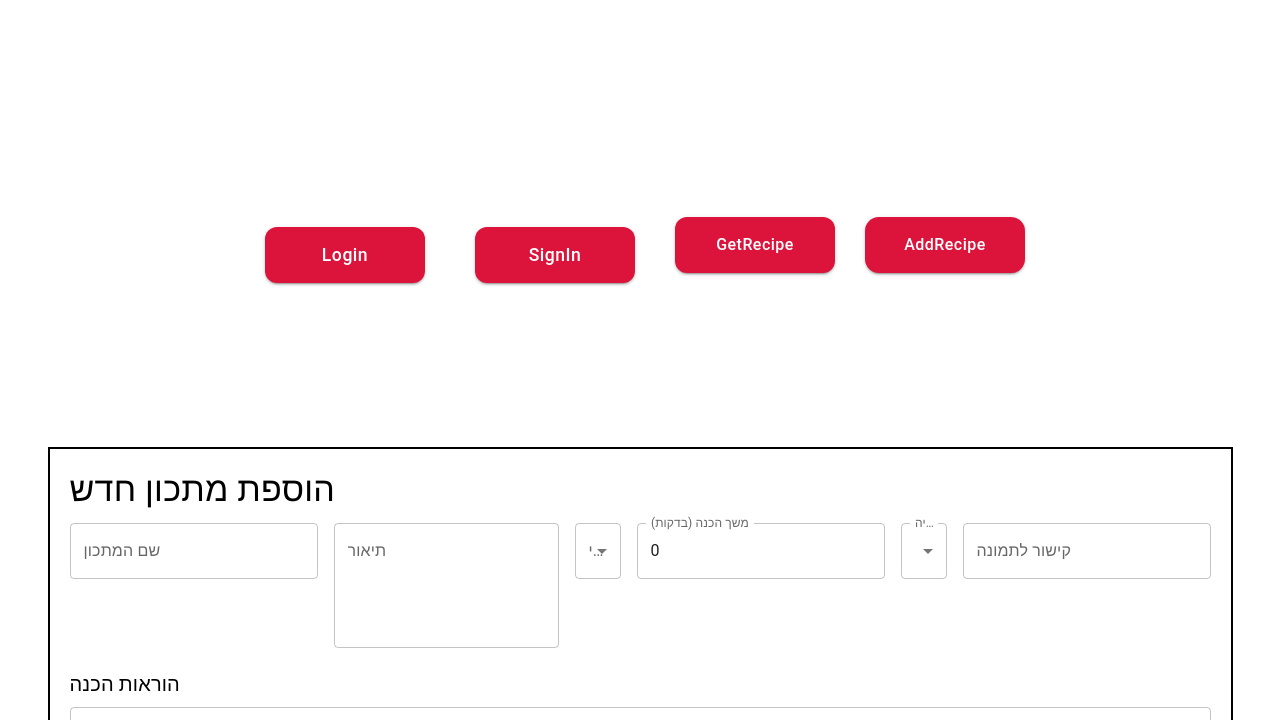
Repository: saraAber/Recipes_ReactProject
Page: /AddRecipe
An editor plug-in stored every save of this project. The page is shown before and after the next save, followed by the edit.
The browser window is 1280 px wide. The pictures show the whole page.
The project was rebuilt for these pictures with package versions that can differ from the ones it lists, and the page was loaded fresh each time. Also part of the build but not shown: vite.config.ts, src/components/Login.tsx, src/components/SignIn.tsx, src/components/userContext.tsx, src/components/GetRecipes.tsx, src/components/CategoriesContext.tsx, src/components/EditRecipe.tsx.

Above is the page before, as saved 2025-05-06 16:09:48.

### src/main.tsx
// import { BrowserRouter as Router, Routes, Route } from "react-router-dom";
// import HomePage from "./components/HomePage.tsx";
// import Recipes from './components/Recipes.tsx'
// import AddRecipe from './components/addRecipe.tsx';
// import EditRecipe from './components/editRecipe.tsx';
// import { AuthProvider } from "./contexts/AuthUserContext.tsx";
// import { Outlet } from 'react-router-dom';

// function App() {

//   return (
//     <>
//       <AuthProvider>
//         <Router>
//           <Routes>
//             <Route path="/" element={<Outlet />} />
//             <Route path='*' element={<HomePage />} />
//             <Route path='/recipes' element={<Recipes />} />
//             <Route path="/editRecipe" element={<EditRecipe recipeId={1} onRecipeUpdated={(updatedRecipe) => console.log(updatedRecipe)} />} />
//             <Route path='/addRecipe' element={<AddRecipe />} />

//           </Routes>
//           <Outlet />
//         </Router>
//       </AuthProvider>

//     </>
//   )
// }
// export default App


import { createRoot } from 'react-dom/client'
import App from "./App";
import { createBrowserRouter, RouterProvider } from 'react-router-dom'
import SignIn from './components/SignIn.tsx'
import Login from './components/Login.tsx'
import GetRecipes from './components/GetRecipes.tsx'
import AddRecipe from './components/AddRecipe'
import EditRecipe from './components/EditRecipe'

const routes = createBrowserRouter([

  {
    path: '*', // דף הבית הראשי

    element:
      <App />,

    children: [

      { path: 'Login', element: <Login /> },
      { path: 'SignIn', element: <SignIn /> },
      { path: 'GetRecipes', element: <GetRecipes /> },
      { path: 'AddRecipe', element: <AddRecipe /> },
      { path: 'edit-recipe/:id', element: <EditRecipe /> }

    ],
  },
]);
createRoot(document.getElementById('root')!).render(

  <RouterProvider router={routes} />,

);

### src/App.tsx
import { Outlet } from "react-router-dom";
import "./App.css";
import HomePage from "./components/HomePage";
import { AuthProvider } from "./contexts/AuthUserContext";

function App() {
  console.log("App Loaded!");

  return (
    <AuthProvider>
      <HomePage />
      <Outlet />
    </AuthProvider>
  );
}

export default App;

### src/components/addRecipe.tsx
import React, { useContext, useState } from 'react';
import axios from 'axios';
import { useForm, useFieldArray, Controller } from 'react-hook-form';
import {
  TextField,
  Button,
  Grid,
  Typography,
  FormControl,
  InputLabel,
  MenuItem,
  Select,
} from '@mui/material';
import { userContext } from './userContext';
import { CatContext } from './CategoriesContext';
import { Recipe, Ingridents, Instructions } from './Types';

type FormValues = {
  Name: string;
  Description: string;
  Difficulty: string;
  Duration: number;
  CategoryId: number;
  Img: string;
  Instructions: Instructions[];
  Ingridents: Ingridents[];
};

const AddRecipe: React.FC = () => {
  const { Myuser } = useContext(userContext);
  const { categories } = useContext(CatContext);
  const [loading, setLoading] = useState(false);

  const {
    register,
    handleSubmit,
    control,
    formState: { errors },
    reset,
  } = useForm<FormValues>({
    defaultValues: {
      Name: '',
      Description: '',
      Difficulty: '',
      Duration: 0,
      CategoryId: 0,
      Img: '',
      Instructions: [{ Name: '' }],
      Ingridents: [{ Name: '', Count: '', Type: '' }],
    },
  });

  const { fields: instructionFields, append: appendInstruction } = useFieldArray({
    control,
    name: 'Instructions',
  });

  const { fields: ingredientFields, append: appendIngredient } = useFieldArray({
    control,
    name: 'Ingridents',
  });

  const onSubmit = async (data: FormValues) => {
    if (!Myuser) {
      alert('לא ניתן להוסיף מתכון כי אתה לא מחובר 😓');
      return;
    }

    const recipeToSend: Recipe = {
      ...data,
      UserId: Myuser.Id,
      Id: 0,
    };

    setLoading(true);
    try {
      const res = await axios.post('http://localhost:8080/api/recipe', recipeToSend);
      alert('🥳 המתכון נוסף בהצלחה!');
      reset();
    } catch (error) {
      console.error('❌ Error adding recipe:', error);
      alert('הוספת המתכון נכשלה 😢');
    } finally {
      setLoading(false);
    }
  };

  return (
    <form onSubmit={handleSubmit(onSubmit)} style={{ marginTop: 4, border: '2px solid #000', padding: '20px' }}>
      <Typography variant="h4" gutterBottom>
        הוספת מתכון חדש
      </Typography>
      <Grid container spacing={2}>
        <Grid item xs={12} sm={6}>
          <TextField
            label="שם המתכון"
            fullWidth
            {...register('Name', { required: true })}
            error={!!errors.Name}
            helperText={errors.Name && 'שדה חובה'}
          />
        </Grid>

        <Grid item xs={12}>
          <TextField
            label="תיאור"
            multiline
            rows={4}
            fullWidth
            {...register('Description', { required: true })}
            error={!!errors.Description}
            helperText={errors.Description && 'שדה חובה'}
          />
        </Grid>

        <Grid item xs={12} sm={6}>
          <FormControl fullWidth required error={!!errors.Difficulty}>
            <InputLabel>רמת קושי</InputLabel>
            <Controller
              name="Difficulty"
              control={control}
              render={({ field }) => (
                <Select {...field} label="רמת קושי">
                  <MenuItem value="קל">קל</MenuItem>
                  <MenuItem value="בינוני">בינוני</MenuItem>
                  <MenuItem value="קשה">קשה</MenuItem>
                </Select>
              )}
            />
          </FormControl>
        </Grid>

        <Grid item xs={12} sm={6}>
          <TextField
            label="משך הכנה (בדקות)"
            type="number"
            fullWidth
            {...register('Duration', { required: true, min: 1 })}
            error={!!errors.Duration}
            helperText={errors.Duration && 'משך חייב להיות לפחות דקה אחת'}
          />
        </Grid>

        <Grid item xs={12} sm={6}>
          <FormControl fullWidth required error={!!errors.CategoryId}>
            <InputLabel>קטגוריה</InputLabel>
            <Controller
              name="CategoryId"
              control={control}
              render={({ field }) => (
                <Select {...field} label="קטגוריה">
                  {categories?.map((cat) => (
                    <MenuItem key={cat.Id} value={cat.Id}>
                      {cat.Name}
                    </MenuItem>
                  ))}
                </Select>
              )}
            />
          </FormControl>
        </Grid>

        <Grid item xs={12}>
          <TextField
            label="קישור לתמונה"
            fullWidth
            {...register('Img', { required: true })}
            error={!!errors.Img}
            helperText={errors.Img && 'שדה חובה'}
          />
        </Grid>
      </Grid>

      <Typography variant="h6" gutterBottom style={{ marginTop: 20 }}>
        הוראות הכנה
      </Typography>
      {instructionFields.map((item, index) => (
        <Grid item xs={12} key={item.id}>
          <TextField
            label={`שלב ${index + 1}`}
            fullWidth
            {...register(`Instructions.${index}.Name` as const, { required: true })}
          />
        </Grid>
      ))}
      <Button onClick={() => appendInstruction({ Name: '' })}>➕ הוספת שלב</Button>

      <Typography variant="h6" gutterBottom style={{ marginTop: 20 }}>
        מצרכים
      </Typography>
      {ingredientFields.map((item, index) => (
        <Grid container spacing={2} key={item.id}>
          <Grid item xs={12} sm={4}>
            <TextField
              label="שם"
              fullWidth
              {...register(`Ingridents.${index}.Name` as const, { required: true })}
            />
          </Grid>
          <Grid item xs={12} sm={4}>
            <TextField
              label="כמות"
              fullWidth
              {...register(`Ingridents.${index}.Count` as const, { required: true })}
            />
          </Grid>
          <Grid item xs={12} sm={4}>
            <TextField
              label="סוג"
              fullWidth
              {...register(`Ingridents.${index}.Type` as const, { required: true })}
            />
          </Grid>
        </Grid>
      ))}
      <Button onClick={() => appendIngredient({ Name: '', Count: '', Type: '' })}>
        ➕ הוספת מצרך
      </Button>

      <Button
        variant="contained"
        color="primary"
        type="submit"
        style={{ marginTop: 24 }}
        disabled={loading}
      >
        {loading ? 'שולח...' : 'שלח מתכון'}
      </Button>
    </form>
  );
};

export default AddRecipe;

### src/App.css
* {
  margin: 0;
  padding: 0;
  box-sizing: border-box;
}

html, body {
  height: 100%;
  width: 100%;
  overflow: hidden;
}

body {
  display: flex;
  justify-content: center;
  align-items: center;
  /* background-image: url('/קופצות.jpg'); */
  background-repeat: no-repeat;
  background-position: center;
  background-size: contain;
  /* background-color: black;  */
}




.home-container {
  text-align: center;
  padding: 2rem;
}

.button-group button {
  margin: 10px;
  padding: 10px 20px;
  font-size: 1.1rem;
}

.modal-overlay {
  position: fixed;
  top: 0; left: 0; right: 0; bottom: 0;
  background: rgba(0, 0, 0, 0.75);
  display: flex; align-items: center; justify-content: center;
  z-index: 1000;
}

.modal {
  background: #000;
  color: #DC143C;
  padding: 30px;
  border: 2px solid white;
  border-radius: 15px;
  width: 300px;
}

.modal input {
  width: 100%;
  margin-bottom: 10px;
  padding: 8px;
}

.modal-buttons {
  display: flex;
  justify-content: space-between;
  padding: 28px;
}

.error {
  color: red;
  font-size: 12px;
}

.password-wrapper {
  position: relative;
}

.password-wrapper input {
  width: 100%;
  padding-right: 40px;
  box-sizing: border-box;
}

.toggle-password {
  position: absolute;
  top: 50%;
  right: 10px;
  transform: translateY(-50%);
  background: transparent;
  border: none;
  cursor: pointer;
  font-size: 1.2rem;
}

.handleLogin{
 width: 15px;
}

h2{
  padding: 20px;
}

.handleSignup{
  width: 15px;
  height: 15px;
}

### src/components/HomePage.tsx
import { useState } from "react";
import { useNavigate } from "react-router-dom";
import { useAuth } from "../contexts/AuthUserContext";
import LoginModal from "./Login";
import SignupModal from "./SignIn";
import { Button } from '@mui/material';
import { Link } from 'react-router-dom';

function HomePage() {
  const [showLogin, setShowLogin] = useState(false);
  const [showSignup, setShowSignup] = useState(false);
  const navigate = useNavigate();
  const { user } = useAuth();

  return (
    <div
      className="home-container"
      style={{
        display: 'flex',
        justifyContent: 'center',
        alignItems: 'flex-end',
        height: '100vh',
        paddingBottom: '150px',
        // marginTop: '150px',
      }}
    >
      <div
        className="button-group"
        style={{
          display: 'flex',
          flexDirection: 'row',
          gap: '30px', // רווח בין כפתורים
        }}
      >
        {!user && (
          <>
            <Button
              onClick={() => setShowLogin(true)}
              variant="contained"
              sx={{
                bgcolor: '#DC143C',
                '&:hover': { bgcolor: '#B22222' },
                height: '56px',
                width: '160px',
                fontSize: '16px',
                borderRadius: '12px',
                textTransform: 'none',
              }}
            >
              Login
            </Button>
            <Button
              onClick={() => setShowSignup(true)}
              variant="contained"
              sx={{
                bgcolor: '#DC143C',
                '&:hover': { bgcolor: '#B22222' },
                height: '56px',
                width: '160px',
                fontSize: '16px',
                borderRadius: '12px',
                textTransform: 'none',
              }}
            >
              SignIn
            </Button>
          </>
        )}
        <Button
          component={Link}
          to={"/GetRecipes"}
          variant="contained"
          sx={{
            bgcolor: '#DC143C',
            '&:hover': { bgcolor: '#B22222' },
            height: '56px',
            width: '160px',
            fontSize: '16px',
            borderRadius: '12px',
            textTransform: 'none',
          }}
        >
          GetRecipe
        </Button>
        <Button
          component={Link}
          to={"/AddRecipe"}
          variant="contained"
          sx={{
            bgcolor: '#DC143C',
            '&:hover': { bgcolor: '#B22222' },
            height: '56px',
            width: '160px',
            fontSize: '16px',
            borderRadius: '14px',
            textTransform: 'none',
          }}
        >
          AddRecipe
        </Button>
      </div>
      {showLogin && <LoginModal onClose={() => setShowLogin(false)} />}
      {showSignup && <SignupModal onClose={() => setShowSignup(false)} />}
    </div>
  );
}

export default HomePage;

### src/contexts/AuthUserContext.tsx
import React, { ReactNode, createContext, useContext, useState } from "react";


// ממשק שמגדיר את סוגי הנתונים
export interface SignInFormInputs {
    username: string;
    email: string;
    password: string;
}

// טיפוס לקונטקסט
// טיפוס לקונטקסט
export interface AuthContextType {
    user: SignInFormInputs | null;
    isLoggedIn: boolean;
    saveUser: (user: SignInFormInputs) => void;
    clearUser: () => void;
}


// יצירת הקונטקסט
const AuthContext = createContext<AuthContextType | undefined>(undefined);

export interface AuthProviderProps {
    children: ReactNode;
}

// ספק גישה לנתוני המשתמש
export const AuthProvider: React.FC<AuthProviderProps> = ({ children }) => {
    const [user, setUser] = useState<SignInFormInputs | null>(() => {
        const storedUser = localStorage.getItem("user");
        return storedUser ? JSON.parse(storedUser) : null;
    });

    const [isLoggedIn, setIsLoggedIn] = useState<boolean>(!!user);

    const saveUser = (user: SignInFormInputs) => {
        localStorage.setItem("user", JSON.stringify(user));
        setUser(user);
        setIsLoggedIn(true);
    };

    const clearUser = () => {
        localStorage.removeItem("user");
        setUser(null);
        setIsLoggedIn(false);
    };

    return (
        <AuthContext.Provider value={{ user, isLoggedIn, saveUser, clearUser  }}>
            {children}
        </AuthContext.Provider>
    );
};

// הוק לשימוש בקונטקסט
export const useAuth = (): AuthContextType => {
    const context = useContext(AuthContext);
    if (!context) {
        throw new Error("useAuth must be used within an AuthProvider");
    }
    return context;
};

Loaded but not shown: index.html (common file)

After the next save:
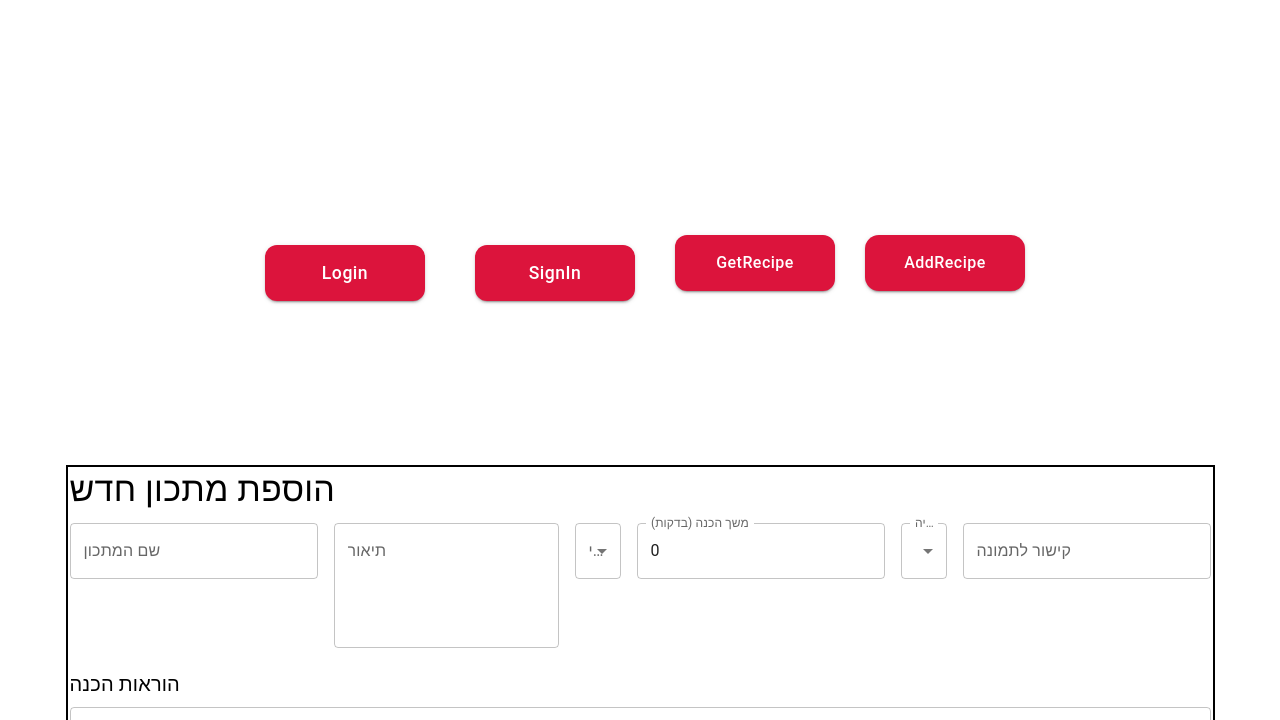
Saved 27 s later.
--- a/src/components/addRecipe.tsx
+++ b/src/components/addRecipe.tsx
@@ -86,7 +86,7 @@ const AddRecipe: React.FC = () => {
   };
 
   return (
-    <form onSubmit={handleSubmit(onSubmit)} style={{ marginTop: 4, border: '2px solid #000', padding: '20px' }}>
+    <form onSubmit={handleSubmit(onSubmit)} style={{ marginTop: 4, border: '2px solid #000', padding: '2px' }}>
       <Typography variant="h4" gutterBottom>
         הוספת מתכון חדש
       </Typography>
